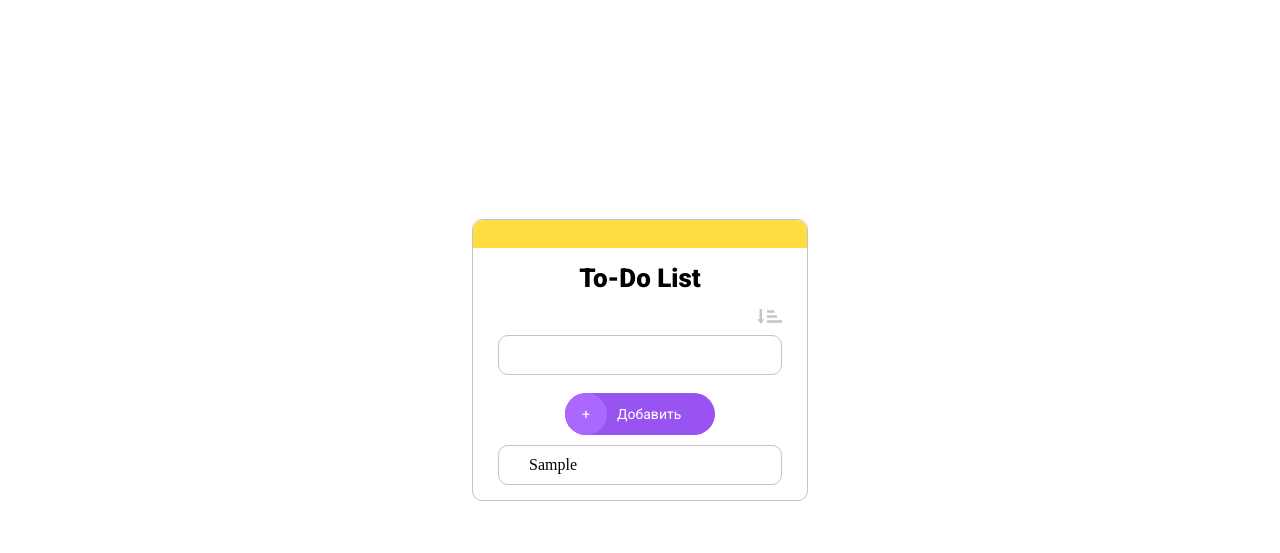
Repository: PoladEziz/Task-15
Page: index.html
These files come from the project's save history. The page is drawn as it stood at one moment and after the next save; the edit follows.
The browser window is 1280 px wide. The pictures show the whole page.
Empty fields were first filled with sample values (such as "Sample", 5 or name@example.com).
After loading, the first visible `button.add-btn` was clicked once.
The style sheet was rebuilt from its Sass, Less or Tailwind sources for each picture, by a compiler version that may differ from the author's.

Above is the page before, as saved 2023-08-10 16:01:52.

### index.html
<!DOCTYPE html>
<html lang="en">
<head>
    <meta charset="UTF-8">
    <meta name="viewport" content="width=device-width, initial-scale=1.0">
    <title>Document</title>
    <link rel="stylesheet" href="./index.css">
</head>
<body>
    <div class="main">
        <div class="box">
            <div class="box-top"></div>
            <div class="box-bottom">
                <h1>To-Do List</h1>
                <form action="">
                    <img src="./img/Group 38 (1).png" alt="">
                    <input type="text">
                    <button class="add-btn"><div>+</div><p>Добавить</p></button>
              <span> Zehmet olmasa deyer elave edin</span>
                </form>
                <ul>
                    <!-- <li>
                        <p>Почистить зубы</p>
                    </li>
                    <li>
                        <p>Почистить зубы</p>
                    </li>
                    <li>
                        <p>Почистить зубы</p>
                    </li> -->
                </ul>

            </div>
        </div>
    </div>

</body>
<script src="./index.js"></script>
</html>

### index.js
let input =document.querySelector('input')
let addBtn =document.querySelector(".add-btn")
let ul =document.querySelector('ul')
let errorMsj =document.querySelector('span')
addBtn.addEventListener('click', addList)

function addList(e){
    e.preventDefault()
    console.log(input.value);
    if(input.value){
        let li = document.createElement('li')
        li.innerText= input.value
        ul.style.display= 'flex'
        ul.append(li)

        input.value=''
    }
    else{
errorMsj.style.display= 'inline'
    }

}

### index.scss
@import url("https://fonts.googleapis.com/css2?family=Roboto:wght@400;900&display=swap");
* {
  margin: 0;
  padding: 0;
  box-sizing: border-box;
}
.main {
  width: 100%;
  height: 100vh;
  display: flex;
  align-items: center;
  justify-content: center;
  .box {
    width: 336px;
    /* min-height: 236px; */
    border-radius: 10px;
    border: 1px solid #c4c4c4;
    background: rgba(196, 196, 196, 0);
    .box-top {
      width: 100%;
      height: 28px;
      background-color: #ffdc40;
      border-top-left-radius: 10px;
      border-top-right-radius: 10px;
    }
    .box-bottom {
      width: 100%;
      padding: 15px 25px;

      h1 {
        margin-bottom: 16px;
        color: #000;
        text-align: center;
        font-family: Roboto;
        font-size: 26px;
        font-style: normal;
        font-weight: 900;
        line-height: normal;
        text-transform: capitalize;
      }
      form {
        display: flex;
        flex-direction: column;
        align-items: center;
        img {
          width: 25px;
          height: 15px;
          margin-left: auto;
          margin-bottom: 11px;
        }
        input {
          width: 100%;
          height: 40px;
          margin-bottom: 18px;
          border-radius: 10px;
          border: 1px solid #c4c4c4;
          background: rgba(196, 196, 196, 0);
          color: #000;
          font-family: Roboto;
          font-size: 14px;
          font-style: normal;
          font-weight: 400;
          line-height: normal;
        }
        button {
          width: 150px;
          height: 42px;
          background-color: #9953f1;
          border: none;
          border-radius: 71px;
          display: flex;
          align-items: center;
          p {
            margin-left: 10px;
            color: #ffff;
            text-align: center;
            font-family: Roboto;
            font-size: 14px;
            font-style: normal;
            font-weight: 400;
            line-height: normal;
          }
          div {
            width: 42px;
            height: 42px;
            border-radius: 50%;
            display: flex;
            align-items: center;
            justify-content: center;
            color: #fff;
            text-align: center;
            font-family: Roboto;
            font-size: 14px;
            font-style: normal;
            font-weight: 400;
            line-height: normal;
            background-color: #aa68fe;
          }
        }
        span{
          margin-top: 10px;
          color: red;
          font-family: Roboto;
          font-size: 14px;
          font-style: normal;
          font-weight: 400;
          line-height: normal;
          display: none;
        }
      }
      ul {
        margin-top: 10px;
        padding: 10px 30px;
        border-radius: 10px;
        border: 1px solid #c4c4c4;
        background: rgba(196, 196, 196, 0);
        display: flex;
        flex-direction: column;
        gap: 20px;
        display: none;
        li {
          list-style-type: none;
          p{
            color: #000;
            font-family: Roboto;
            font-size: 14px;
            font-style: normal;
            font-weight: 400;
            line-height: normal;
          }

        }
      }
    }
  }
}

After the next save:
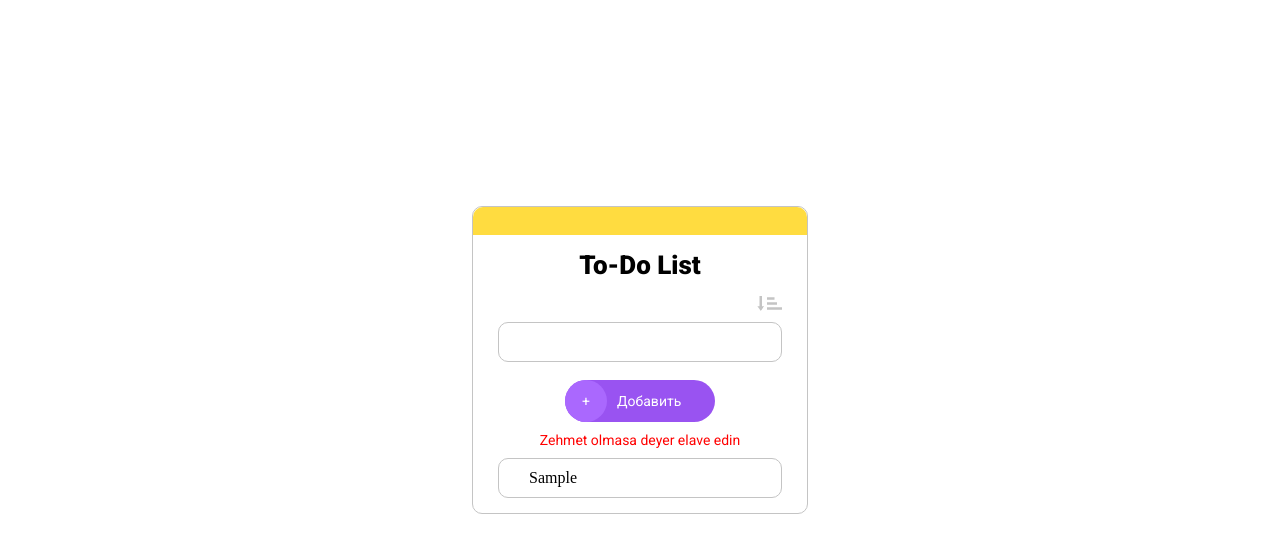
Saved 33 s later.
--- a/index.js
+++ b/index.js
@@ -8,6 +8,7 @@
     e.preventDefault()
     console.log(input.value);
     if(input.value){
+        errorMsj.style.display= 'inline'
         let li = document.createElement('li')
         li.innerText= input.value
         ul.style.display= 'flex'

After the save that followed:
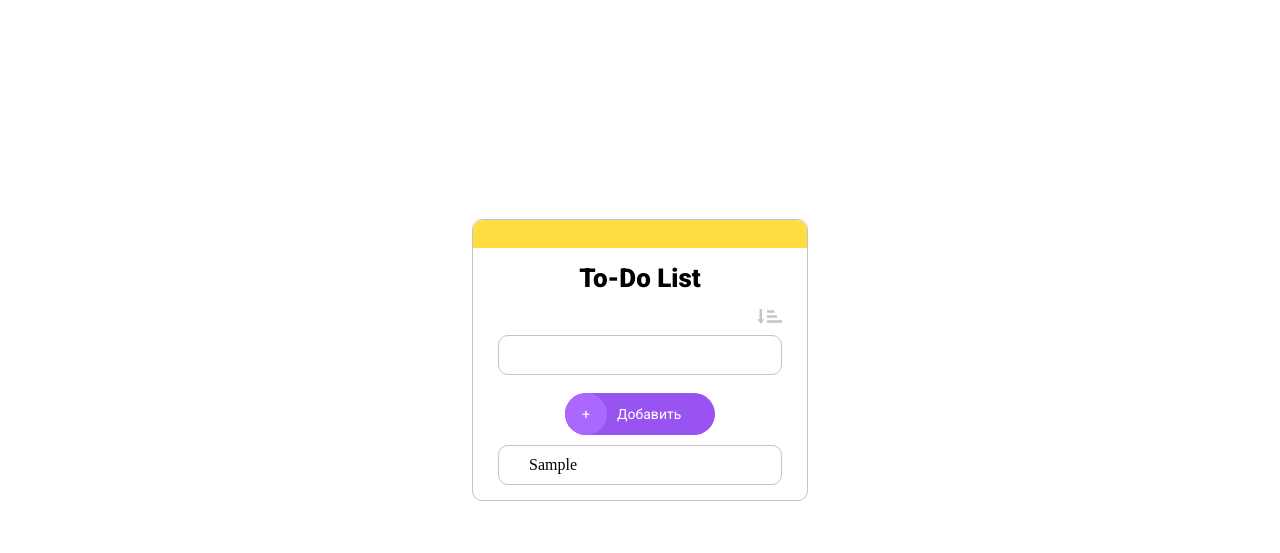
Saved 7 s later.
--- a/index.js
+++ b/index.js
@@ -8,7 +8,7 @@
     e.preventDefault()
     console.log(input.value);
     if(input.value){
-        errorMsj.style.display= 'inline'
+        errorMsj.style.display= 'none'
         let li = document.createElement('li')
         li.innerText= input.value
         ul.style.display= 'flex'
